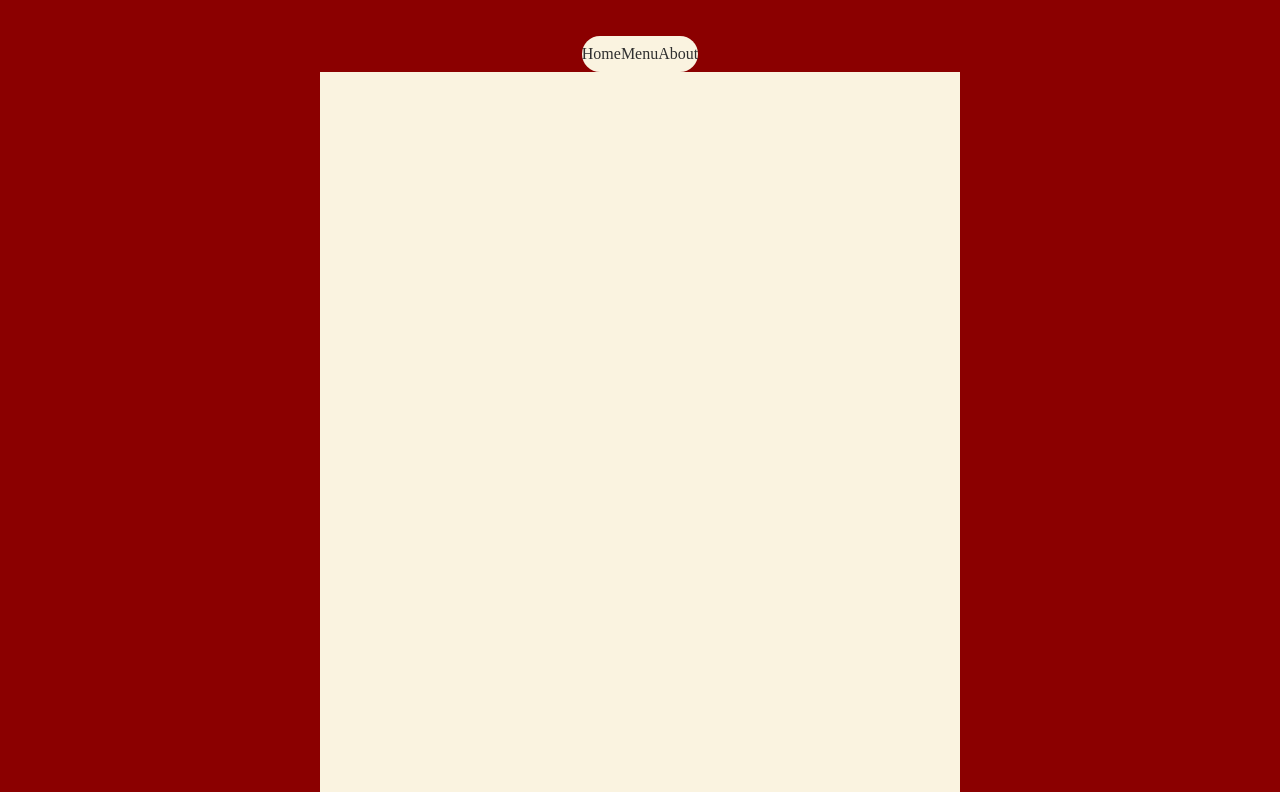
Repository: Dimitris2031/Restaurant-Front-page
Page: / (app in webpack-practice/)
The author's editor kept a copy of each file at every save. The page is drawn from the files as they stood at one save, then again after the next save.
The browser window is 1280 px wide. The pictures show the whole page.
The project was rebuilt for these pictures with package versions that can differ from the ones it lists, and the page was loaded fresh each time. Also part of the build but not shown: webpack-practice/webpack.config.js.

Above is the page before, as saved 2025-09-10 10:42:41.

After the next save:
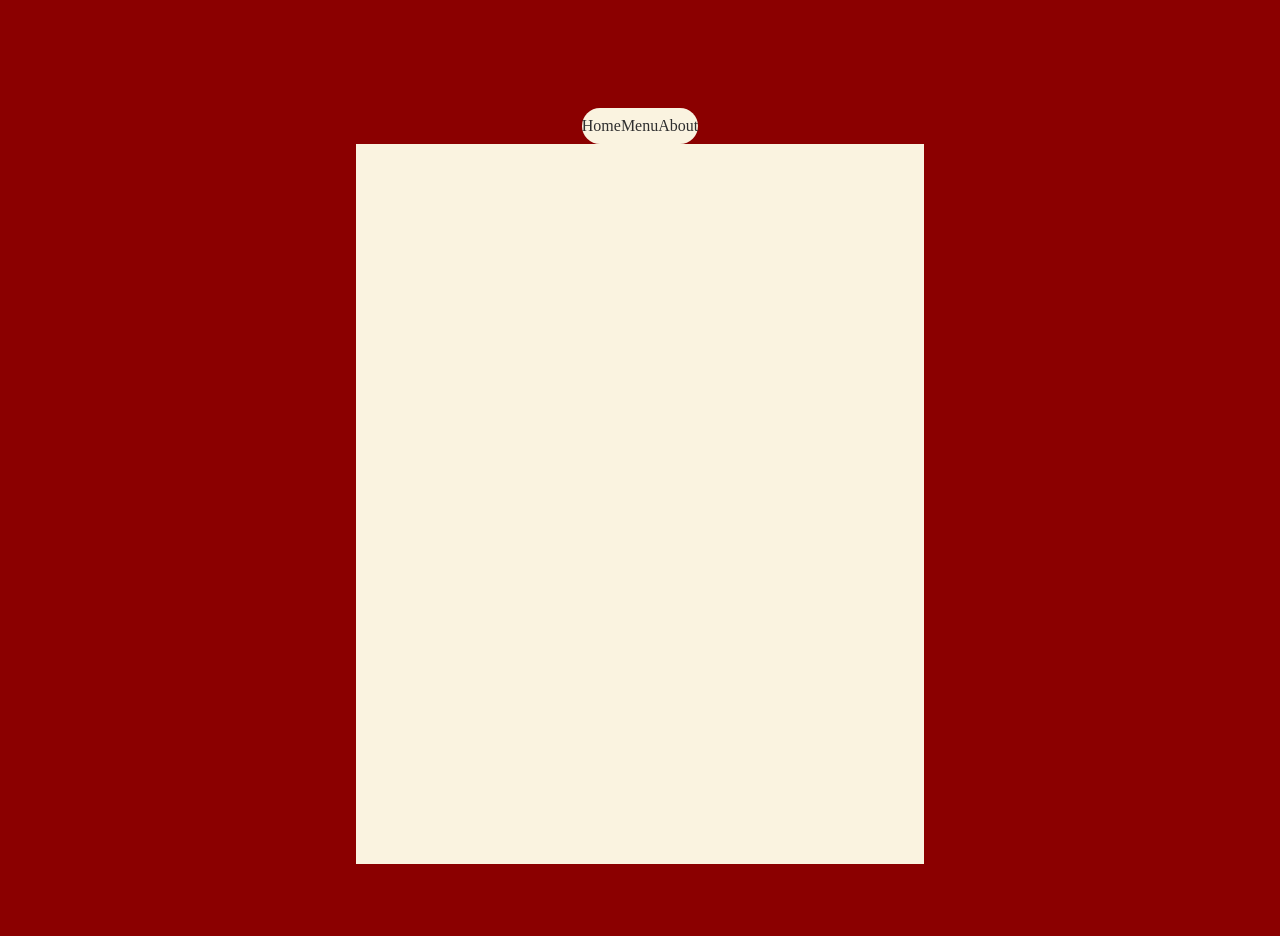
Saved 9 s later.
--- a/webpack-practice/src/styles.css
+++ b/webpack-practice/src/styles.css
@@ -10,6 +10,7 @@ body {
   display: flex;
   flex-direction: column;
   align-items: center;
+  margin: 10vh;
 }
 
 header{
